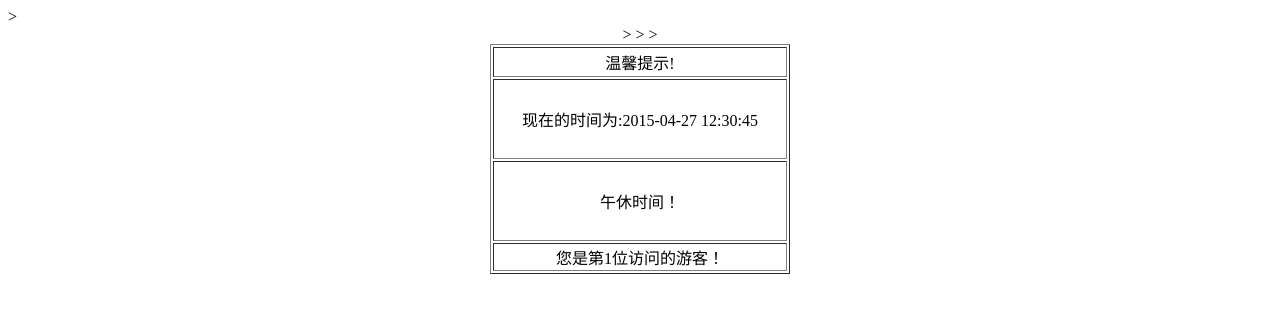
Repository: wikelgc/JSP
Page: http://localhost/FirstJsp/
An editor plug-in stored every save of this project. The page is shown before and after the next save, followed by the edit.
The browser window is 1280 px wide. The pictures show the whole page.
The page is served by Tomcat 9.

Above is the page before, as saved 2015-04-27 13:55:16.

After the next save:
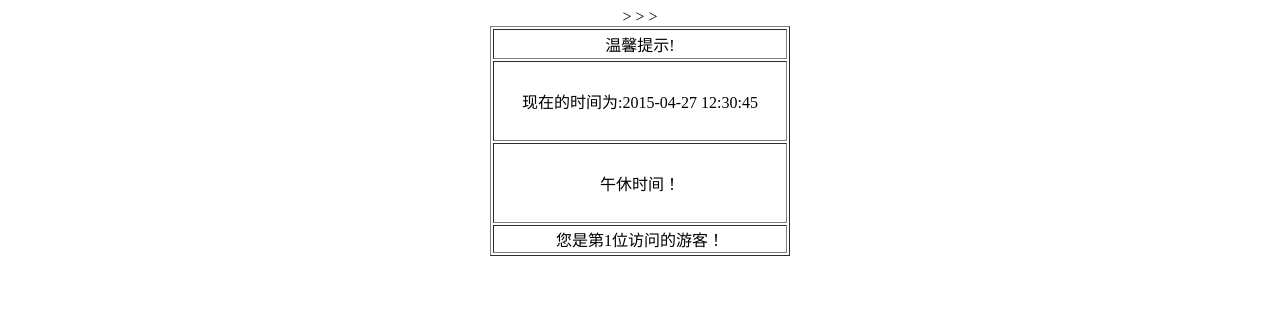
Saved 88 s later.
--- a/FirstJsp/WebRoot/index.jsp
+++ b/FirstJsp/WebRoot/index.jsp
@@ -17,7 +17,7 @@
 		num++;
 	}
  %>
-<!-- add() -->>
+<!-- add() -->
 <%
 	add();
 %>
